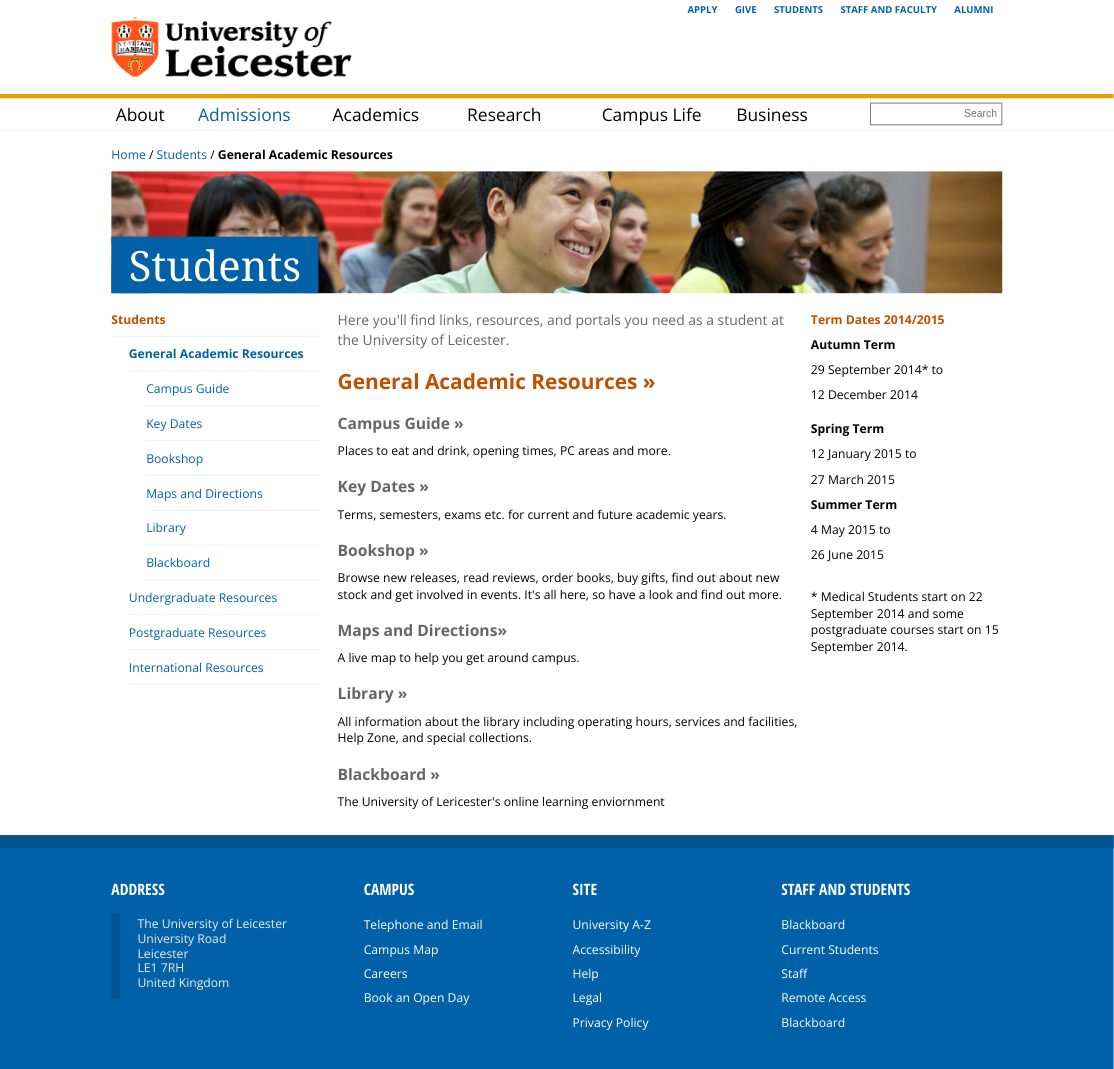
Repository: vqdo/leicester-redesign
Page: students.html
The author's editor kept a record of every edit. The page is drawn from the files as they stood at one moment, then again after the next edit.
The browser window is 1280 px wide. The pictures show the whole page, at 87% of full size.
Some web libraries are served in a nearby version.

Above is the page before.

After the next edit:
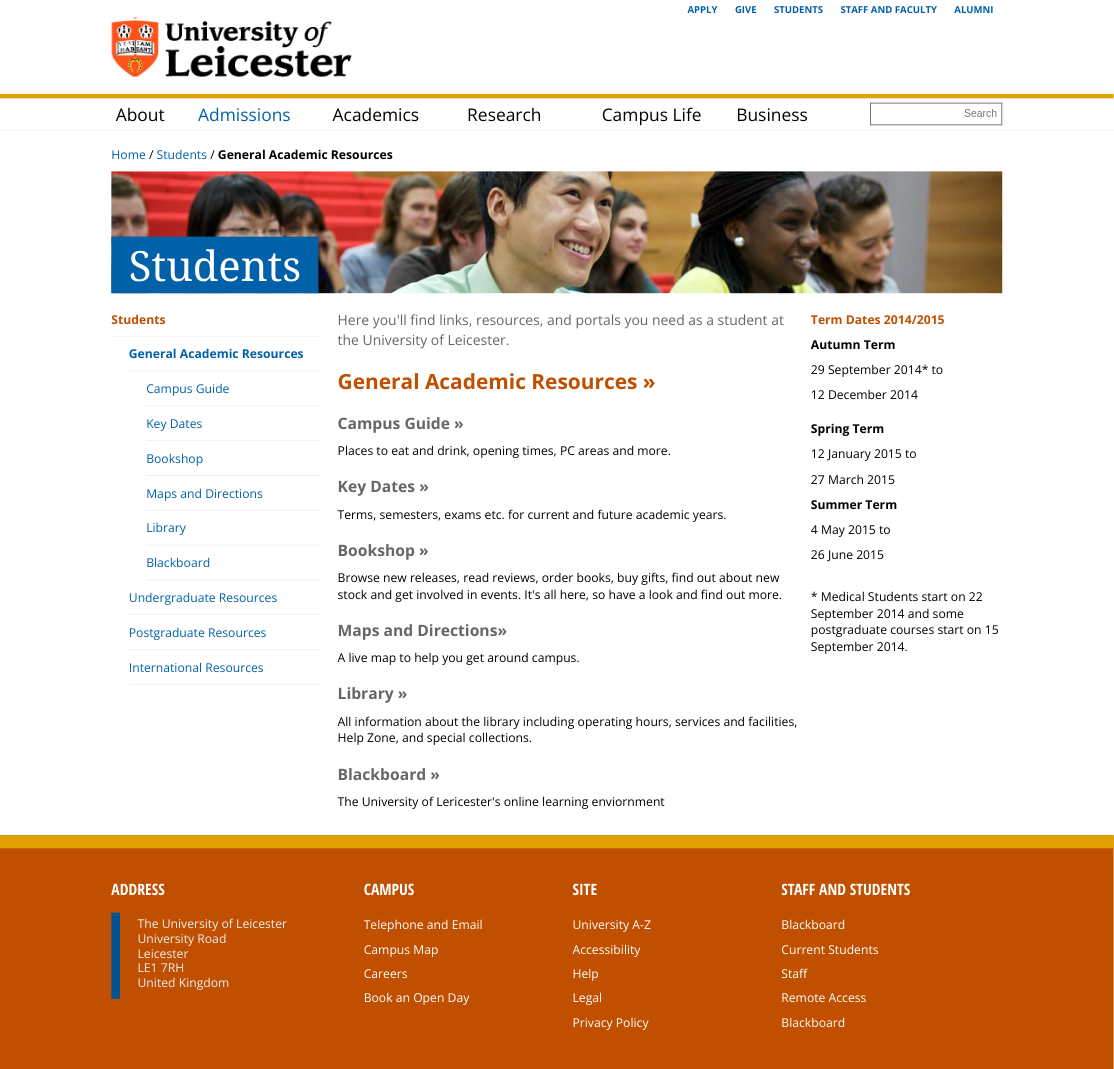
The edit:
--- a/css/users.css
+++ b/css/users.css
@@ -257,8 +257,8 @@
  * Footer
  *************************/
  footer {
-     background: #0061A9;
-     border-top: 15px solid #005391;
+     background: #C04F00;
+     border-top: 15px solid #e1a200;
      color: #FFF;
      padding: 20px 0 40px 0;
  }
